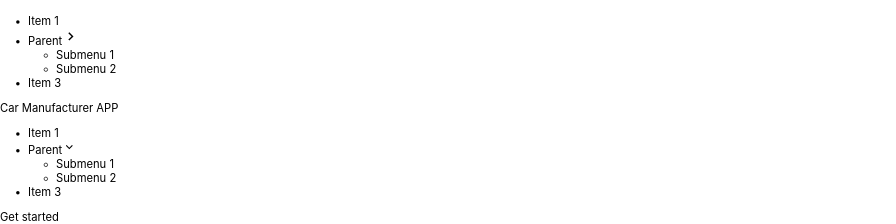
Repository: devsajid/car-manufacturer-app
Page: /
These files come from the project's save history. The page is drawn as it stood at one moment and after the next save; the edit follows.
The browser window is 1280 px wide. The pictures show the part of the page from y = 1280 to 3200 px (the page is 1600 px tall before and 3200 px after), at 70% of full size.
The project was rebuilt for these pictures with package versions that can differ from the ones it lists, and the page was loaded fresh each time. Also part of the build but not shown: src/App.css.

Above is the page before, as saved 2022-05-22 12:15:47.

After the next save:
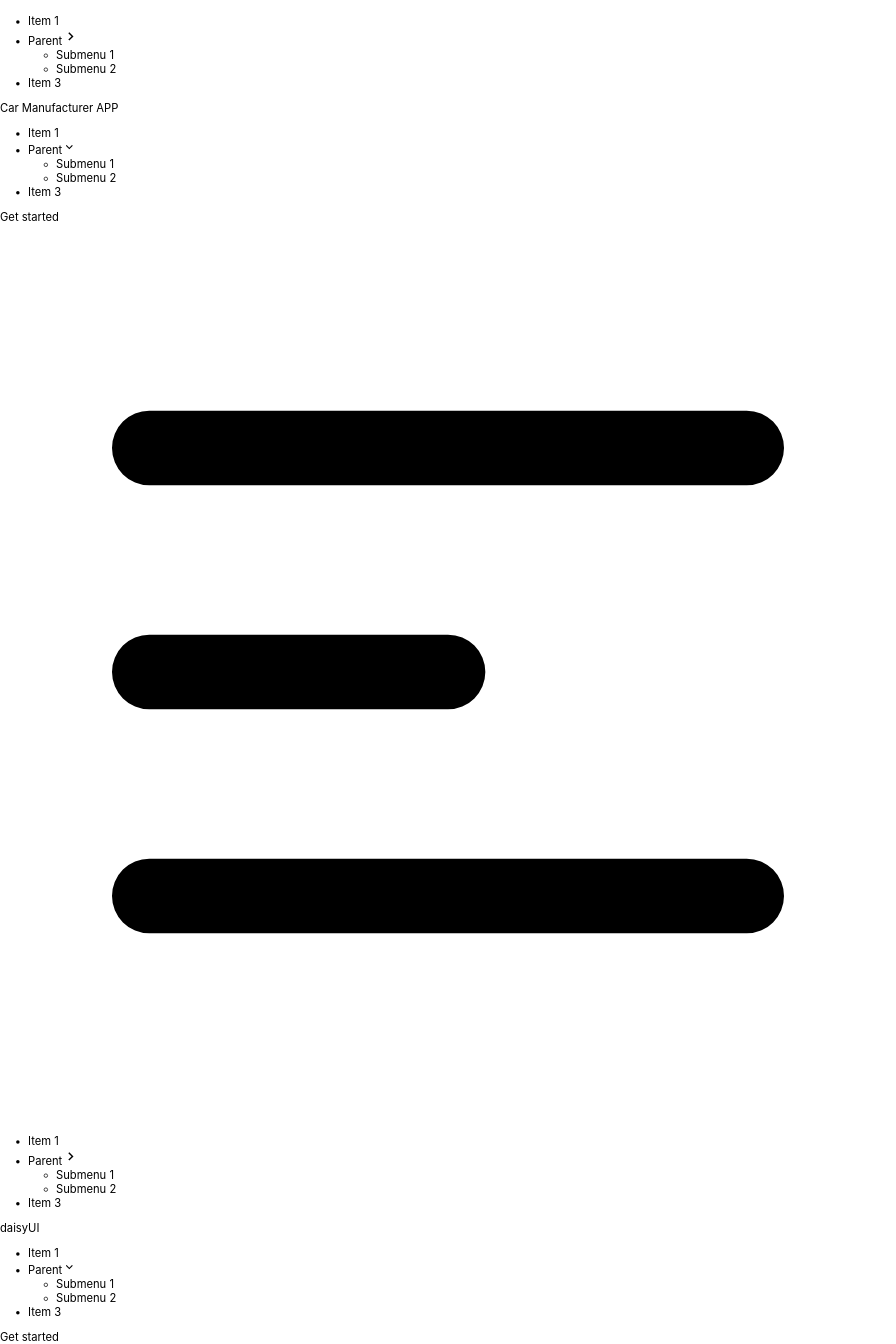
Saved 2 min 38 s later.
--- a/src/SharedComponents/Navbar/Navbar.js
+++ b/src/SharedComponents/Navbar/Navbar.js
@@ -96,6 +96,97 @@ const Navbar = () => {
           <a>Get started</a>
         </div>
       </div>
+      <div class="navbar bg-base-100">
+        <div class="navbar-start">
+          <div class="dropdown">
+            <label tabindex="0" class="btn btn-ghost lg:hidden">
+              <svg
+                xmlns="http://www.w3.org/2000/svg"
+                class="h-5 w-5"
+                fill="none"
+                viewBox="0 0 24 24"
+                stroke="currentColor"
+              >
+                <path
+                  stroke-linecap="round"
+                  stroke-linejoin="round"
+                  stroke-width="2"
+                  d="M4 6h16M4 12h8m-8 6h16"
+                />
+              </svg>
+            </label>
+            <ul
+              tabindex="0"
+              class="menu menu-compact dropdown-content mt-3 p-2 shadow bg-base-100 rounded-box w-52"
+            >
+              <li>
+                <a>Item 1</a>
+              </li>
+              <li tabindex="0">
+                <a class="justify-between">
+                  Parent
+                  <svg
+                    class="fill-current"
+                    xmlns="http://www.w3.org/2000/svg"
+                    width="24"
+                    height="24"
+                    viewBox="0 0 24 24"
+                  >
+                    <path d="M8.59,16.58L13.17,12L8.59,7.41L10,6L16,12L10,18L8.59,16.58Z" />
+                  </svg>
+                </a>
+                <ul class="p-2">
+                  <li>
+                    <a>Submenu 1</a>
+                  </li>
+                  <li>
+                    <a>Submenu 2</a>
+                  </li>
+                </ul>
+              </li>
+              <li>
+                <a>Item 3</a>
+              </li>
+            </ul>
+          </div>
+          <a class="btn btn-ghost normal-case text-xl">daisyUI</a>
+        </div>
+        <div class="navbar-center hidden lg:flex">
+          <ul class="menu menu-horizontal p-0">
+            <li>
+              <a>Item 1</a>
+            </li>
+            <li tabindex="0">
+              <a>
+                Parent
+                <svg
+                  class="fill-current"
+                  xmlns="http://www.w3.org/2000/svg"
+                  width="20"
+                  height="20"
+                  viewBox="0 0 24 24"
+                >
+                  <path d="M7.41,8.58L12,13.17L16.59,8.58L18,10L12,16L6,10L7.41,8.58Z" />
+                </svg>
+              </a>
+              <ul class="p-2">
+                <li>
+                  <a>Submenu 1</a>
+                </li>
+                <li>
+                  <a>Submenu 2</a>
+                </li>
+              </ul>
+            </li>
+            <li>
+              <a>Item 3</a>
+            </li>
+          </ul>
+        </div>
+        <div class="navbar-end">
+          <a class="btn">Get started</a>
+        </div>
+      </div>
     </div>
   );
 };
